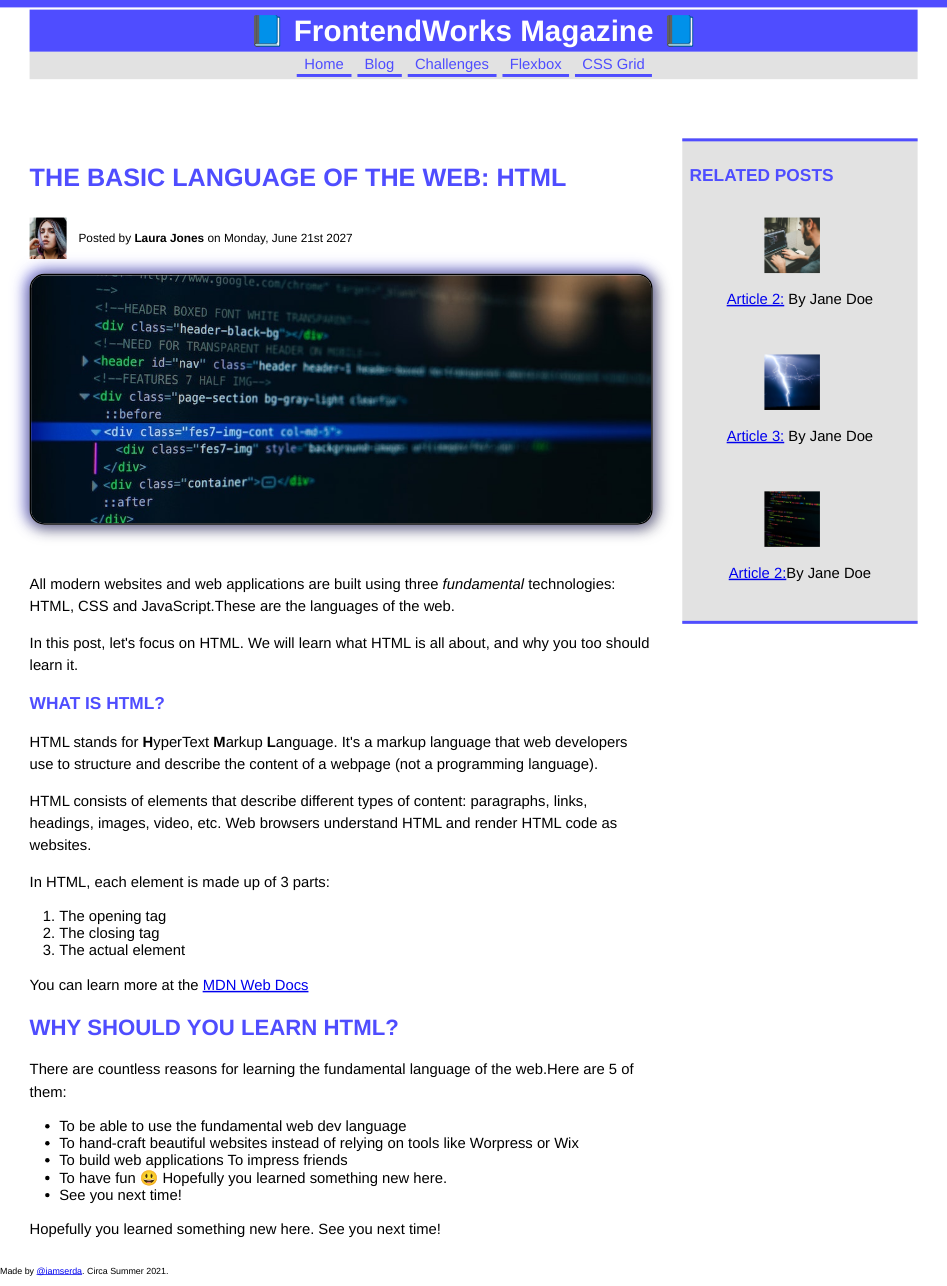
Repository: iamserda/html-css-course
Page: starter/02-HTML-Fundamentals/index.html
These files come from the project's save history. The page is drawn as it stood at one moment and after the next save; the edit follows.
The browser window is 1280 px wide. The pictures show the whole page, at 74% of full size.

Above is the page before, as saved 2021-07-17 18:24:46.

### starter/02-HTML-Fundamentals/index.html
<!DOCTYPE html>
<html lang="en">

<head>
    <meta charset="UTF-8" />
    <meta http-equiv="X-UA-Compatible" content="IE=edge" />
    <meta name="viewport" content="width=device-width, initial-scale=1.0" />
    <title>HTML Fundamentals by Laura Jones</title>
    <link href="index.css" rel="stylesheet" />
</head>

<body class="container-col">
    <header>
        <h1 class="brandname">📘 FrontendWorks Magazine 📘</h1>
        <nav>
            <ul>
                <li><a href="index.html">Home</a></li>
                <li><a href="blog/">Blog</a></li>
                <li><a href="challenges/">Challenges</a></li>
                <li><a href="https://css-tricks.com/snippets/css/a-guide-to-flexbox/" target="_blank">Flexbox</a></li>
                <li><a href="https://css-tricks.com/snippets/css/complete-guide-grid/" target="_blank">CSS Grid</a></li>
            </ul>
        </nav>
    </header>
    <main class="container-row">
        <section>
            <article>
                <header class="article-meta">
                    <h1 class="post-title">The Basic Language of the Web: HTML</h1>
                    <div class="author">
                        <img class="author-pic" src="img/laura-jones.jpg" alt="photo of author laura jones" />
                        <p>Posted by <strong>Laura Jones</strong> on Monday, June 21st 2027</p>
                    </div>
                </header>
                <div class="article-content">
                    <img class="post-image" src="img/post-img.jpg" alt="displaying html code." />
                    <p> All modern websites and web applications are built using three
                        <em>fundamental</em> technologies: HTML, CSS and JavaScript.These are the languages of the web.
                    </p>
                    <p>
                        In this post, let's focus on HTML. We will learn what HTML is all about, and why you too should
                        learn it.
                    </p>

                    <h3>What is HTML?</h3>

                    <p>
                        HTML stands for <b>H</b>yperText <b>M</b>arkup <b>L</b>anguage. It's a markup language that web
                        developers use to structure and describe the content of a webpage (not a programming language).
                    </p>

                    <p>
                        HTML consists of elements that describe different types of content: paragraphs, links, headings,
                        images, video, etc. Web browsers understand HTML and render HTML code as websites.
                    </p>

                    <p>In HTML, each element is made up of 3 parts:</p>
                    <ol>
                        <li>The opening tag</li>
                        <li>The closing tag</li>
                        <li>The actual element</li>
                    </ol>
                    <p>
                        You can learn more at the
                        <a href="https://developer.mozilla.org/en-US/" target="_blank">MDN Web Docs</a>
                    </p>
                    <h2>Why should you learn HTML?</h2>
                    <p>There are countless reasons for learning the fundamental language of the web.Here are 5 of them:
                    </p>
                    <ul>
                        <li>To be able to use the fundamental web dev language</li>
                        <li>To hand-craft beautiful websites instead of relying on tools like Worpress or Wix</li>
                        <li>To build web applications To impress friends</li>
                        <li>To have fun 😃 Hopefully you learned something new here.</li>
                        <li>See you next time!</li>
                    </ul>
                    <p>Hopefully you learned something new here. See you next time!</p>
                </div>
            </article>
        </section>
        <aside class="container-col">
            <h3>Related Posts</h3>
            <div class="related container-col">
                <img src="img/related-1.jpg" alt="a programmer writing code.">

                <p><a href="#article2">Article 2:</a> By Jane Doe</p>
            </div>
            <div class="related container-col">
                <img src="img/related-2.jpg" alt="a programmer writing code.">
                <p><a href="#article3">Article 3:</a> By Jane Doe</p>
            </div>
            <div class="related container-col">
                <img src="img/related-3.jpg" alt="a programmer writing code.">
                <p><a href="#article4">Article 2:</a>By Jane Doe</p>
            </div>
        </aside>
    </main>
    <footer>
        <p>Made by <a href="https://twitter.com/iamserda">@iamserda</a>. Circa Summer 2021.</p>
    </footer>
</body>

</html>

### starter/02-HTML-Fundamentals/index.css
* {
    box-sizing: border-box;
}

html {
    font-size: 16px;
}

html,
body {
    margin: 0;
    padding: 0;
}

body {
    font-family: Helvetica, Arial, sans-serif;
    font-size: 1.25rem;
}

body>header {
    border-top: 10px solid rgb(80, 77, 255);
    padding-top: 0.125em;
}

main {
    margin-top: 4em;
}



h1,
h2,
h3,
h4,
h5,
h6 {
    color: rgb(79, 77, 255);
    text-transform: uppercase;
}

main,
.brandname,
nav {
    width: 100%;
    max-width: 1200px;
    margin-left: auto;
    margin-right: auto;
}

.brandname,
nav {
    margin-top: 0;
    margin-bottom: 0;
}

.brandname {
    font-size: 2.5rem;
    text-transform: capitalize;
    text-align: center;
    color: white;
    background-color: rgb(79, 77, 255);
    padding: 0.125em 0;
}

p {
    line-height: 1.5;
}

nav {
    margin-top: 0;
    background-color: rgb(226, 226, 226);
}

nav ul {
    padding: 0.125em;
    margin: 0 auto;
    width: fit-content;

}

nav li {
    list-style: none;
    border-bottom: 4px solid rgb(79, 77, 255);
    padding: 0.125em 0.5em;
    margin-left: 0.125em;
    display: inline-block;
    color: rgb(79, 77, 255);
}

nav a {
    display: block;
    text-decoration: none;
    color: inherit;
    width: 100%;
    height: auto;
}

nav li:hover {
    background-color: rgb(79, 77, 255);
    border-bottom: 4px solid white;
    color: white;
}

nav li:hover a {
    color: white;
}

main section {
    width: 80%;
    margin-right: 2em;
}

aside {
    width: 30%;
    max-width: 500px;
    margin-right: auto;
    background-color: rgb(226, 226, 226);
    padding: 0.5em;
    height: fit-content;
    border-top: 4px solid rgb(80, 77, 255);
    border-bottom: 4px solid rgb(80, 77, 255);
}

aside>div {
    margin: 1em auto
}

footer p {
    font-size: 0.75rem;
}

/* Layout */
.container-row {
    display: flex;
    flex-flow: row nowrap;
}

.container-col {
    display: flex;
    flex-flow: column nowrap;
}

.article-meta {
    margin-bottom: 1em;
}

.author {
    display: flex;
    flex-flow: row nowrap;
    width: 100%;
    justify-content: flex-start;
    font-size: 1rem;
}

.related {
    max-width: 300px;
}

.related img {
    width: 100%;
    max-width: 75px;
    margin-right: 1em;
    align-self: center;
}

.post-title {
    color: rgb(79, 77, 255);
    text-align: left;
    font-size: 2.125rem;
}

.post-image {
    width: 100%;
    max-width: 960px;
    height: auto;
    border: 2px solid rgb(0, 0, 0);
    box-shadow: 0 0 18px 2px rgba(0, 0, 0, 0.5);
    box-shadow: 3px 3px 18px 4px rgba(26, 26, 26, 0.507),
        -3px -3px 18px 4px rgba(79, 77, 255, 0.507);
    border-radius: 20px;
    margin-bottom: 2em;
}

.author-pic {
    width: 100%;
    max-width: 50px;
    margin-right: 1em;
}

After the next save:
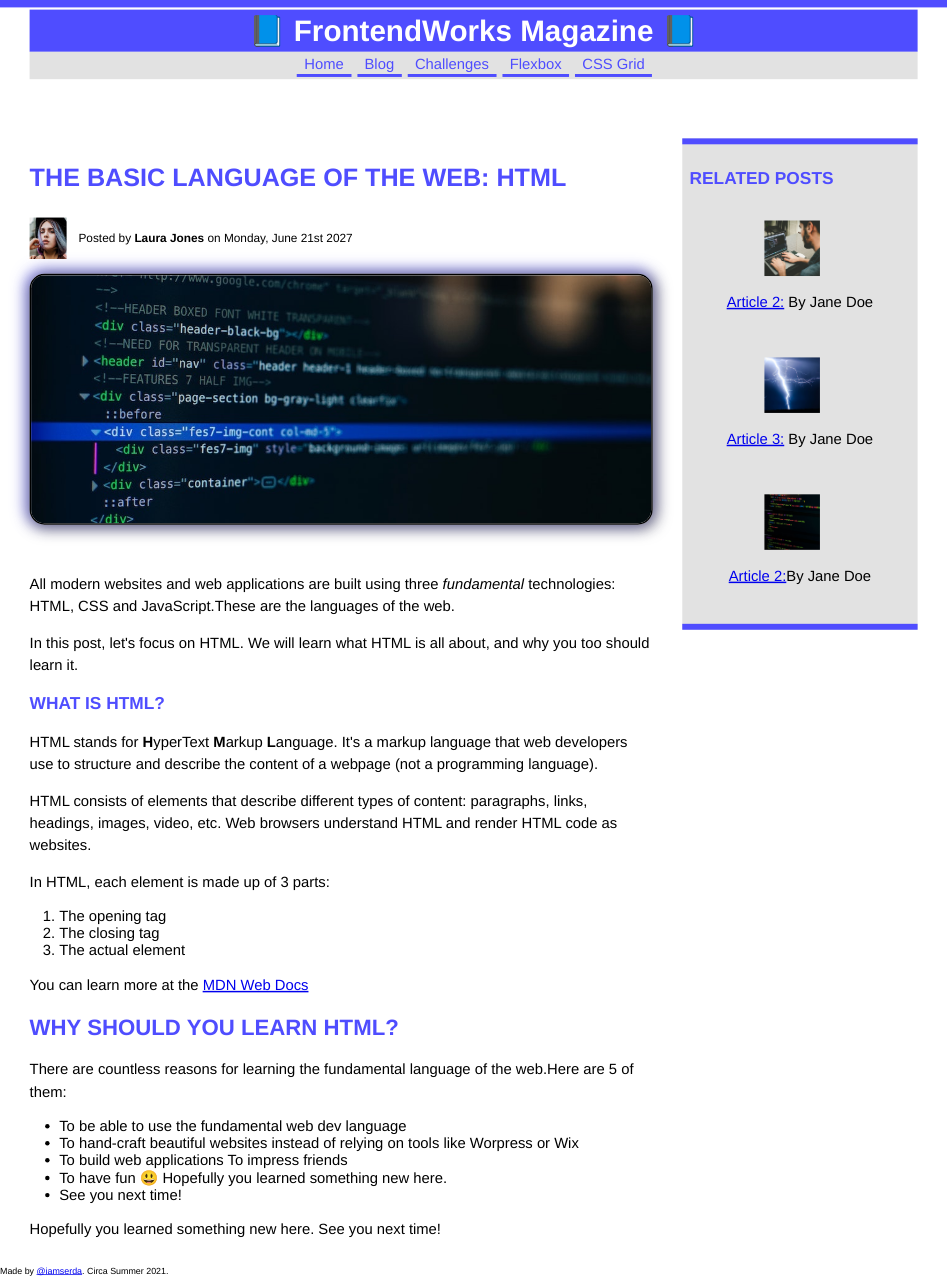
Saved 13 s later.
--- a/starter/02-HTML-Fundamentals/index.css
+++ b/starter/02-HTML-Fundamentals/index.css
@@ -117,8 +117,8 @@ aside {
     background-color: rgb(226, 226, 226);
     padding: 0.5em;
     height: fit-content;
-    border-top: 4px solid rgb(80, 77, 255);
-    border-bottom: 4px solid rgb(80, 77, 255);
+    border-top: 8px solid rgb(80, 77, 255);
+    border-bottom: 8px solid rgb(80, 77, 255);
 }
 
 aside>div {
